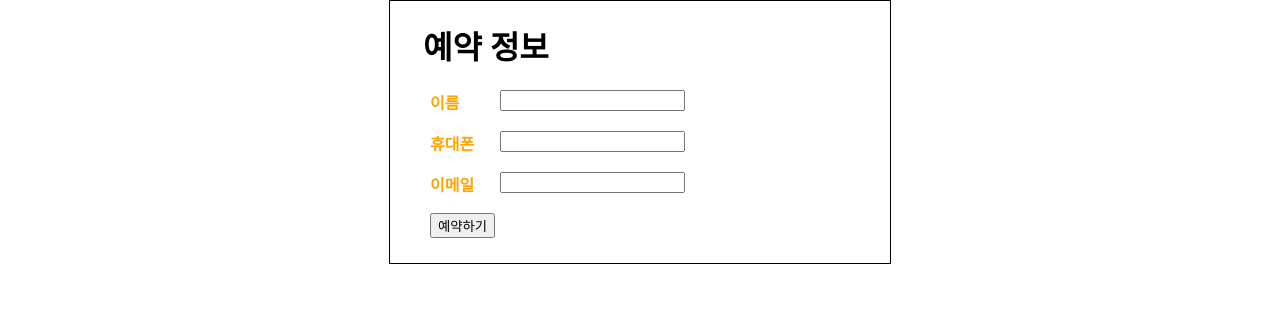
Repository: b1996om/HTML-CSS_study
Page: Practice/public/prac_02.html
An editor plug-in stored every save of this project. The page is shown before and after the next save, followed by the edit.
The browser window is 1280 px wide. The pictures show the whole page.

Above is the page before, as saved 2022-12-12 05:41:26.

### Practice/public/prac_02.html
<!DOCTYPE html>
<html lang="ko">
<head>
	<meta charset="utf-8">
	<title>예약 정보</title>
	<style>
		body {
			margin:0;
			padding:0;
			box-sizing:border-box;
		}
		.con {
			border:1px solid black;
			width:500px;
			margin:0 auto;
			padding-bottom:25px;
		}
		h1 {
			padding-left:33px;
		}
		ul {
			list-style:none;
		}
		ul li {
			margin-bottom:20px;
		}
		.title {
			width:70px;
			float:left;
			color:orange;
			font-weight:bold;
		}
		.foot {
			margin-left:40px;
		}
	</style>
</head>
<body>
	<div class="con">
		<h1>예약 정보</h1>
		<ul>
			<li>
				<label for="uname" class="title">이름</label>
				<input type="text" id="uname">
			</li>
			<li>
				<label for="tel" class="title">휴대폰</label>
				<input type="tel" id="tel">
			</li>
			<li>
				<label for="mail" class="title">이메일</label>
				<input type="email" id="mail">
			</li>
		</ul>
		<div class="foot">
			<input type="submit" value="예약하기">
		</div>

	</div>
</body>
</html>

After the next save:
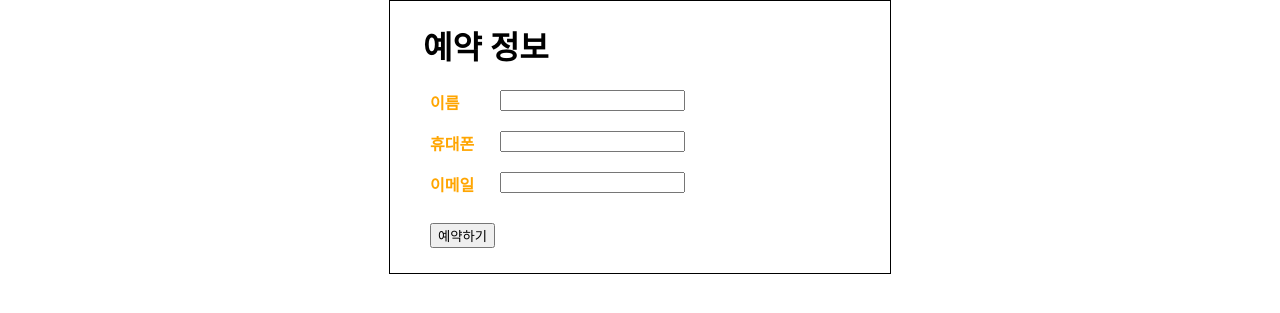
Saved 15 s later.
--- a/Practice/public/prac_02.html
+++ b/Practice/public/prac_02.html
@@ -31,6 +31,7 @@
 			font-weight:bold;
 		}
 		.foot {
+			margin-top:30px;
 			margin-left:40px;
 		}
 	</style>
